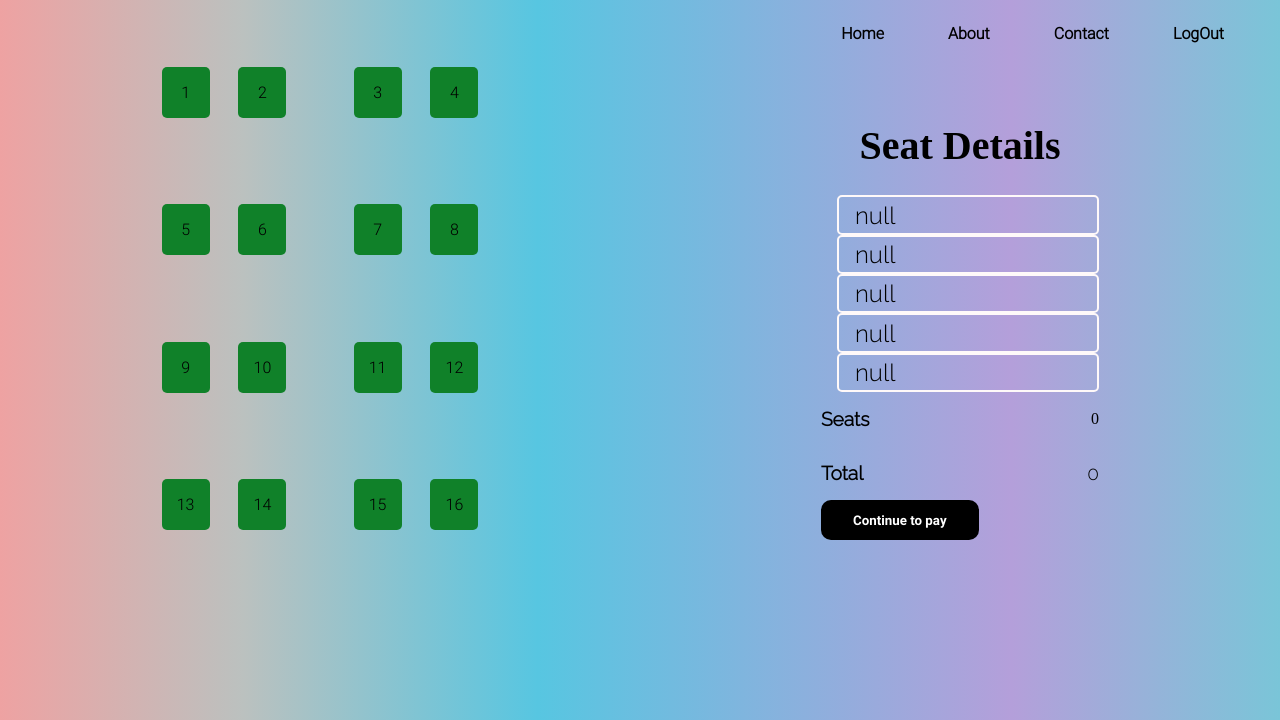
Repository: Savindushehan/RouteMaster-Group-project
Page: http://localhost/RouterMaster/UpdateBooking.jsp
The author's editor kept a copy of each file at every save. The page is drawn from the files as they stood at one save, then again after the next save.
The browser window is 1280 px wide. The pictures show the whole page.
The page is served by Tomcat 10. Other server files are loaded and not shown.

Above is the page before, as saved 2023-10-27 06:20:24.

### RouteMaster/RouterMaster/src/main/webapp/UpdateBooking.jsp
<%@ page language="java" contentType="text/html; charset=UTF-8" pageEncoding="UTF-8"%>
<%@ taglib prefix="c" uri="http://java.sun.com/jsp/jstl/core" %>
<!DOCTYPE html>
<html lang="en">
<head>
    <meta charset="UTF-8">
    <meta name="viewport" content="width=device-width, initial-scale=1.0">
    <title>RouteMaste</title>
    <style>
        @font-face {
        font-family: 'Roboto-Light'; /* Font family name */
        src: url('Fonts/Roboto-Light.ttf') format('truetype'); /* URL to your font file */
        font-weight: normal;
        font-style: italic;
        }
        @font-face {
        font-family: 'Raleway-Light'; /* Font family name */
        src: url('Fonts/Raleway-Light.ttf') format('truetype'); /* URL to your font file */
        font-weight: normal;
        font-style: italic;
        }
        @font-face {
        font-family: 'Roboto-Bold'; /* Font family name */
        src: url('Fonts/Roboto-Bold.ttf') format('truetype'); /* URL to your font file */
        font-weight: normal;
        font-style: italic;
        }
        :root{
            --div-color1:#000000;
            --div-color2:#272702;
            --div-color3:#07FAFA;
            --div-color4:#FFFFFF;
        }
        a{
            text-decoration: none;
        }
        body{
            margin: 0;
            padding: 0;
           background-image: linear-gradient(to right, #eea2a2 0%, #bbc1bf 19%, #57c6e1 42%, #b49fda 79%, #7ac5d8 100%);
            background-size: cover;
            background-repeat: no-repeat;
            background-position: center;
            height: 100vh;

        }

        .head{
            display: flex;
            flex-direction: row;
            justify-content: right;
        }
        header h3{
            color: var(--div-color1);
            font-size:1rem;
            margin-right: 3rem;
            cursor: grab;
            padding: 0.5rem;
            border-radius: 0.5rem;
            outline: none;
            font-family: 'Roboto-Light';
        }
        span{
            width: 3rem;
            text-align: center;
            padding-top: 1rem;
            padding-bottom: 1rem;
            border-radius: 5px;
            background-color:rgb(16, 129, 41);
            outline: none;
            cursor: pointer;
            font-family: 'Roboto-Light';

        }
        .side1{
            width: 30%;
            height: 70vh;
        }
        .side2{
            width: 30%;
            display: flex;
            flex-direction: column;
            justify-content: center;
            align-items: center;
        }
        .row1,.row2,.row3,.row4{
            display: flex;
            flex-direction: row;
            justify-content: space-around;
            margin-bottom: 12vh;
        }
        .column1,.column2{
            width: 40%;
            display: flex;
            flex-direction: row;
            justify-content: space-around;
        }
        main{
            display: flex;
            flex-direction: row;
            justify-content: space-around;
            align-items: center;
        }
        button{
          text-align: center;
          padding-left: 2rem;
          padding-right: 2rem;
          padding-top: 0.8rem;
          padding-bottom: 0.8rem;
          border-radius: 10px;
          font-family: 'Roboto-Bold';
          background-color: var(--div-color1);
          color: var(--div-color4);
          border: none;
          outline: none;
          cursor: pointer;
          transition:all 0.3s;
        }
        .details1,.details2{
            display: flex;
            flex-direction: row;
            justify-content:space-between;
            align-items: center;
        }
        h1{
          font-size: 2.5rem;
          text-align: center;
          margin-top: 1.5rem;
        }
        h2{
            font-size: 1.2rem;
          font-family: 'Raleway-Light';
        }
        #seats{
            font-size: 1.2rem;
          font-family: 'Raleway-Light';
            margin-left: 1rem;
        }
        #total{
            font-size: 1.2rem;
          font-family: 'Raleway-Light';
            margin-left: 1rem;

        }
         input{
          font-size: 1.5rem;
          font-family:'Raleway-Light';
          width: 15rem;
          outline: none;
          padding-left: 1rem;
          padding-top: 0.2rem;
          padding-bottom: 0.2rem;
          border-radius: 5px;
          border: 2px solid red;
          border: none;
          background: transparent;
          border:2px solid rgb(255, 249, 249);
        }
         #btn:hover{
         transform:scale(1.15);
        }
		.column10{
		   margin-left:1rem;

		}
        </style>
</head>
<body>

     <header>
        <div class="head">
          <a href="Home.jsp"><h3 id="m1">Home</h3></a>
           <a href="AboutUs.jsp"><h3 id="m2">About</h3></a>
            <a href="ContactUS.jsp"><h3 id="m3">Contact</h3></a>
           <a href="login.jsp"><h3 id="m4">LogOut</h3></a>
        </div>
    </header>
    <main>
        <div class="side1">
            <div class="row1">
                <div class="column1">
                    <span id="s1">1</span>
                    <span id="s2">2</span>
                </div>
            <div class="column2">
                <span id="s3">3</span>
                <span id="s4">4</span>
            </div>
        </div>
        <div class="row2">
            <div class="column1">
                <span id="s5">5</span>
                <span id="s6">6</span>
            </div>
        <div class="column2">
            <span id="s7">7</span>
            <span id="s8">8</span>
        </div>
    </div>
    <div class="row3">
        <div class="column1">
            <span id="s9">9</span>
            <span id="s10">10</span>
        </div>
    <div class="column2">
        <span id="s11">11</span>
        <span id="s12">12</span>
    </div>
</div>
<div class="row4">
    <div class="column1">
        <span id="s13">13</span>
        <span id="s14">14</span>
    </div>
<div class="column2">
    <span id="s15">15</span>
    <span id="s16">16</span>
</div>
</div>
        </div>
        <div class="side2">
            <form action="BookingServlet" method="Get">
 <h1>Seat Details</h1>

 <%

 String RID=request.getParameter("RID");
 String FID=request.getParameter("FID");
 String place=request.getParameter("place");
 String venue=request.getParameter("venue");
 String date=request.getParameter("date");
 String seats=request.getParameter("seats");
 String payment=request.getParameter("payment");

 %>


		<p id="seat" name="seat"></p>
		<p id="tota" name="tota"></p>
<div class="column10">
 <input type="text" name="RID" value="<%=RID%>" readonly>
 </div>
 <div class="column10">
  <input type="text" name="FID" value="<%=FID%>" readonly>
 </div>
 <div class="column10">
  <input type="text" name="place" value="<%=place%>" readonly>
 </div>
 <div class="column10">
   <input type="text" name="Venue" value="<%=venue%>" readonly>
 </div>
  <div class="column10">
   <input type="text" name="date" value="<%=date%>" readonly>
 </div>

    <div class="details1">
        <h2>Seats</h2>
        <label id="sea" name="seat">0</label>
    </div>
    <div class="details2">
        <h2>Total</h2>
        <label id="total" name="total">0</label>

        <input type="hidden" name="seats" id="seats">
<input type="hidden" name="total" id="totals">

    </div>
    <button id="btn">Continue to pay</button>


 </div>

            </form>

        </div>
    </main>
    <script>

        var M1=document.getElementById("m1");
        var M2=document.getElementById("m2");
        var M3=document.getElementById("m3");
        var M4=document.getElementById("m4");
        var BTN=document.getElementById("btn");
        var S1=document.getElementById("s1");
        var S2=document.getElementById("s2");
        var S3=document.getElementById("s3");
        var S4=document.getElementById("s4");
        var S5=document.getElementById("s5");
        var S6=document.getElementById("s6");
        var S7=document.getElementById("s7");
        var S8=document.getElementById("s8");
        var S9=document.getElementById("s9");
        var S10=document.getElementById("s10");
        var S11=document.getElementById("s11");
        var S12=document.getElementById("s12");
        var S13=document.getElementById("s13");
        var S14=document.getElementById("s14");
        var S15=document.getElementById("s15");
        var S16=document.getElementById("s16");
        var Seats=document.getElementById("sea");
        var Total=document.getElementById("total");
        function updateSeatsLabel() {
            var seatsLabel = document.getElementById("seats");
            var Total1=document.getElementById("totals");
            if (seatsLabel) {
                seatsLabel.value = count;
                Total1.value=count*450;

            }
        }

        M1.onmousemove=function(){
          M1.style.backgroundColor="var(--div-color3)";
          M1.style.color="var(--div-color4)";
        }
        M1.onmouseout=function(){
          M1.style.backgroundColor="";
          M1.style.color="var(--div-color1)";
        }
        M2.onmousemove=function(){
          M2.style.backgroundColor="var(--div-color3)";
          M2.style.color="var(--div-color4)";
        }
        M2.onmouseout=function(){
          M2.style.backgroundColor="";
          M2.style.color="var(--div-color1)";
        }
        M3.onmousemove=function(){
          M3.style.backgroundColor="var(--div-color3)";
          M3.style.color="var(--div-color4)";
        }
        M3.onmouseout=function(){
          M3.style.backgroundColor="";
          M3.style.color="var(--div-color1)";
        }
        M4.onmousemove=function(){
          M4.style.backgroundColor="var(--div-color3)";
          M4.style.color="var(--div-color4)";
        }
        M4.onmouseout=function(){
          M4.style.backgroundColor="";
          M4.style.color="var(--div-color1)";
        }
        /* Above javascript code must include all tha page.don't change the code.*/
        BTN.onmousemove=function(){
          BTN.style.color="var(--div-color1)";
          BTN.style.backgroundColor="var(--div-color4)";
        }
        BTN.onmouseout=function(){
          BTN.style.color="var(--div-color4)";
          BTN.style.backgroundColor="var(--div-color1)";
        }

        var s1=1;
        var count=0;
        S1.onclick=function(){
            if(s1==1){
                S1.style.backgroundColor="red";
                ++s1;
                ++count;
                Seats.innerHTML=count;
                Total.innerHTML=count*450
                updateSeatsLabel(); // Update the label

            }else if(s1==2){
                --s1;
                --count;
                Seats.innerHTML=count;
                Total.innerHTML=count*450;
                S1.style.backgroundColor="rgb(16, 129, 41)"
                    updateSeatsLabel(); // Update the label

            }
        }
        var s2=1;
        S2.onclick=function(){
            if(s2==1){
                S2.style.backgroundColor="red";
                ++s2;
                ++count;
                Seats.innerHTML=count;
                Total.innerHTML=count*450;
                updateSeatsLabel(); // Update the label

            }else if(s2==2){
                --s2;
                --count;
                Seats.innerHTML=count;
                Total.innerHTML=count*450;
                S2.style.backgroundColor="rgb(16, 129, 41)";
                updateSeatsLabel(); // Update the label

            }
        }
        var s3=1;
        S3.onclick=function(){
            if(s3==1){
                S3.style.backgroundColor="red";
                ++s3;
                ++count;
                Seats.innerHTML=count;
                Total.innerHTML=count*450;
                updateSeatsLabel(); // Update the label

            }else if(s3==2){
                --s3;
                --count;
                Seats.innerHTML=count;
                Total.innerHTML=count*450;
                S3.style.backgroundColor="rgb(16, 129, 41)";
                updateSeatsLabel(); // Update the label

            }
        }
        var s4=1;
        S4.onclick=function(){
            if(s4==1){
                S4.style.backgroundColor="red";
                ++s4;
                ++count;
                Total.innerHTML=count*450;
                Seats.innerHTML=count
                updateSeatsLabel(); // Update the label


            }else if(s4==2){
                --s4;
                --count;
                Seats.innerHTML=count;
                Total.innerHTML=count*450;
                S4.style.backgroundColor="rgb(16, 129, 41)";
                updateSeatsLabel(); // Update the label

            }
        }
        var s5=1;
        S5.onclick=function(){
            if(s5==1){
                S5.style.backgroundColor="red";
                ++s5;
                ++count;
                Seats.innerHTML=count;
                Total.innerHTML=count*450;
                updateSeatsLabel(); // Update the label
            }else if(s5==2){
                --s5;
                --count;
                Seats.innerHTML=count;
                Total.innerHTML=count*450;
                S5.style.backgroundColor="rgb(16, 129, 41)";
                updateSeatsLabel(); // Update the label
            }
        }
        var s6=1;
        S6.onclick=function(){
            if(s6==1){
                S6.style.backgroundColor="red";
                ++s6;
                ++count;
                Seats.innerHTML=count;
                Total.innerHTML=count*450;
                updateSeatsLabel(); // Update the label

            }else if(s6==2){
                --s6;
                --count;
                Seats.innerHTML=count;
                Total.innerHTML=count*450;
                S6.style.backgroundColor="rgb(16, 129, 41)";
                updateSeatsLabel(); // Update the label
            }
        }
        var s7=1;
        S7.onclick=function(){
            if(s7==1){
                S7.style.backgroundColor="red";
                ++s7;
                ++count;
                Seats.innerHTML=count;
                Total.innerHTML=count*450;
                updateSeatsLabel(); // Update the label
            }else if(s7==2){
                --s7;
                --count;
                Seats.innerHTML=count;
                Total.innerHTML=count*450;
                S7.style.backgroundColor="rgb(16, 129, 41)";
                updateSeatsLabel(); // Update the label
            }
        }
        var s8=1;
        S8.onclick=function(){
            if(s8==1){
                S8.style.backgroundColor="red";
                ++s8;
                ++count;
                Seats.innerHTML=count;
                Total.innerHTML=count*450;
                updateSeatsLabel(); // Update the label
            }else if(s8==2){
                --s8;
                --count;
                Seats.innerHTML=count;
                Total.innerHTML=count*450;
                S8.style.backgroundColor="rgb(16, 129, 41)";
                updateSeatsLabel(); // Update the label
            }
        }
        var s9=1;
        S9.onclick=function(){
            if(s9==1){
                S9.style.backgroundColor="red";
                ++s9;
                ++count;
                Seats.innerHTML=count;
                Total.innerHTML=count*450;
                updateSeatsLabel(); // Update the label

            }else if(s9==2){
                --s9;
                --count;
                Seats.innerHTML=count;
                Total.innerHTML=count*450;
                S9.style.backgroundColor="rgb(16, 129, 41)";
                updateSeatsLabel(); // Update the label
            }
        }
        var s10=1;
        S10.onclick=function(){
            if(s10==1){
                S10.style.backgroundColor="red";
                ++s10;
                ++count;
                Seats.innerHTML=count;
                Total.innerHTML=count*450;
                updateSeatsLabel(); // Update the label
            }else if(s10==2){
                --s10;
                Seats.innerHTML=count;
                Total.innerHTML=count*450;
                S10.style.backgroundColor="rgb(16, 129, 41)";
                updateSeatsLabel(); // Update the label
            }
        }
        var s11=1;
        S11.onclick=function(){
            if(s11==1){
                S11.style.backgroundColor="red";
                ++s11;
                ++count;
                Total.innerHTML=count*450;
                Seats.innerHTML=count;
                updateSeatsLabel(); // Update the label

            }else if(s11==2){
                --s11;
                --count;
                Seats.innerHTML=count;
                Total.innerHTML=count*450;
                S11.style.backgroundColor="rgb(16, 129, 41)";
                updateSeatsLabel(); // Update the label
            }
        }
        var s12=1;
        S12.onclick=function(){
            if(s12==1){
                S12.style.backgroundColor="red";
                ++s12;
                ++count;
                Total.innerHTML=count*450;
                Seats.innerHTML=count;
                updateSeatsLabel(); // Update the label

            }else if(s12==2){
                --s12;
                --count;
                Seats.innerHTML=count;
                Total.innerHTML=count*450;
                S12.style.backgroundColor="rgb(16, 129, 41)";
                updateSeatsLabel(); // Update the label
            }
        }
        var s13=1;
        S13.onclick=function(){
            if(s13==1){
                S13.style.backgroundColor="red";
                ++s13;
                ++count;
                Total.innerHTML=count*450;
                updateSeatsLabel(); // Update the label
            }else if(s13==2){
                --s13;
                --count;
                Seats.innerHTML=count;
                Total.innerHTML=count*450;
                S13.style.backgroundColor="rgb(16, 129, 41)";
                updateSeatsLabel(); // Update the label
            }
        }
        var s14=1;
        S14.onclick=function(){
            if(s14==1){
                S14.style.backgroundColor="red";
                ++s14;
                ++count;
                Total.innerHTML=count*450;
                Seats.innerHTML=count;
                updateSeatsLabel(); // Update the label

            }else if(s14==2){
                --s14;
                --count;
                Seats.innerHTML=count;
                Total.innerHTML=count*450;
                S14.style.backgroundColor="rgb(16, 129, 41)";
                updateSeatsLabel(); // Update the label
            }
        }
        var s15=1;
        S15.onclick=function(){
            if(s15==1){
                S15.style.backgroundColor="red";
                ++s15;
                ++count;
                Total.innerHTML=count*450;
                Seats.innerHTML=count;
                updateSeatsLabel(); // Update the label

            }else if(s15==2){
                --s15;
                --count;
                Seats.innerHTML=count;
                Total.innerHTML=count*450;
                S15.style.backgroundColor="rgb(16, 129, 41)";
                updateSeatsLabel(); // Update the label
            }
        }
        var s16=1;
        S16.onclick=function(){
            if(s16==1){
                S16.style.backgroundColor="red";
                ++s16;
                ++count;
                Total.innerHTML=count*450;
                Seats.innerHTML=count;
                updateSeatsLabel(); // Update the label

            }else if(s16==2){
                --s16;
                --count;
                Seats.innerHTML=count;
                Total.innerHTML=count*450;
                S16.style.backgroundColor="rgb(16, 129, 41)";
                updateSeatsLabel(); // Update the label
            }
        }

        updateSeatsLabel();


       </script>
</body>
</html>

After the next save:
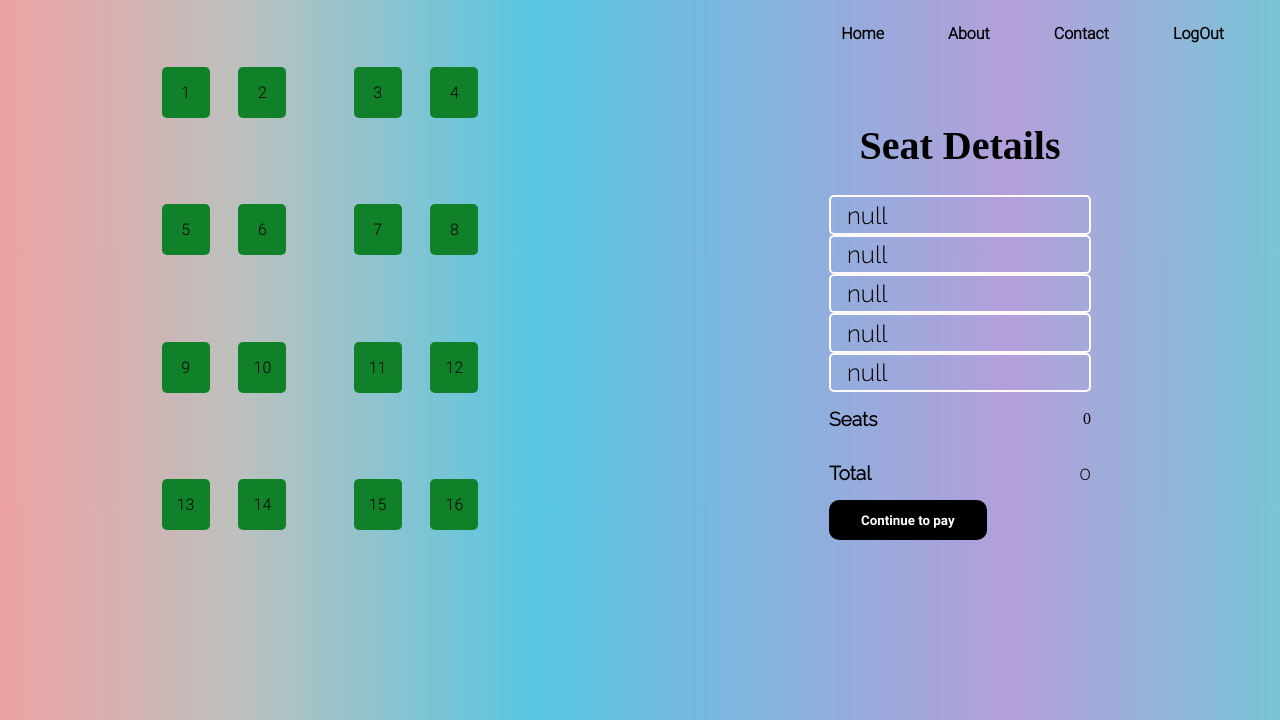
Saved 11 s later.
--- a/RouteMaster/RouterMaster/src/main/webapp/UpdateBooking.jsp
+++ b/RouteMaster/RouterMaster/src/main/webapp/UpdateBooking.jsp
@@ -159,10 +159,7 @@
          #btn:hover{
          transform:scale(1.15);
         }
-		.column10{
-		   margin-left:1rem;
-
-		}
+
         </style>
 </head>
 <body>
